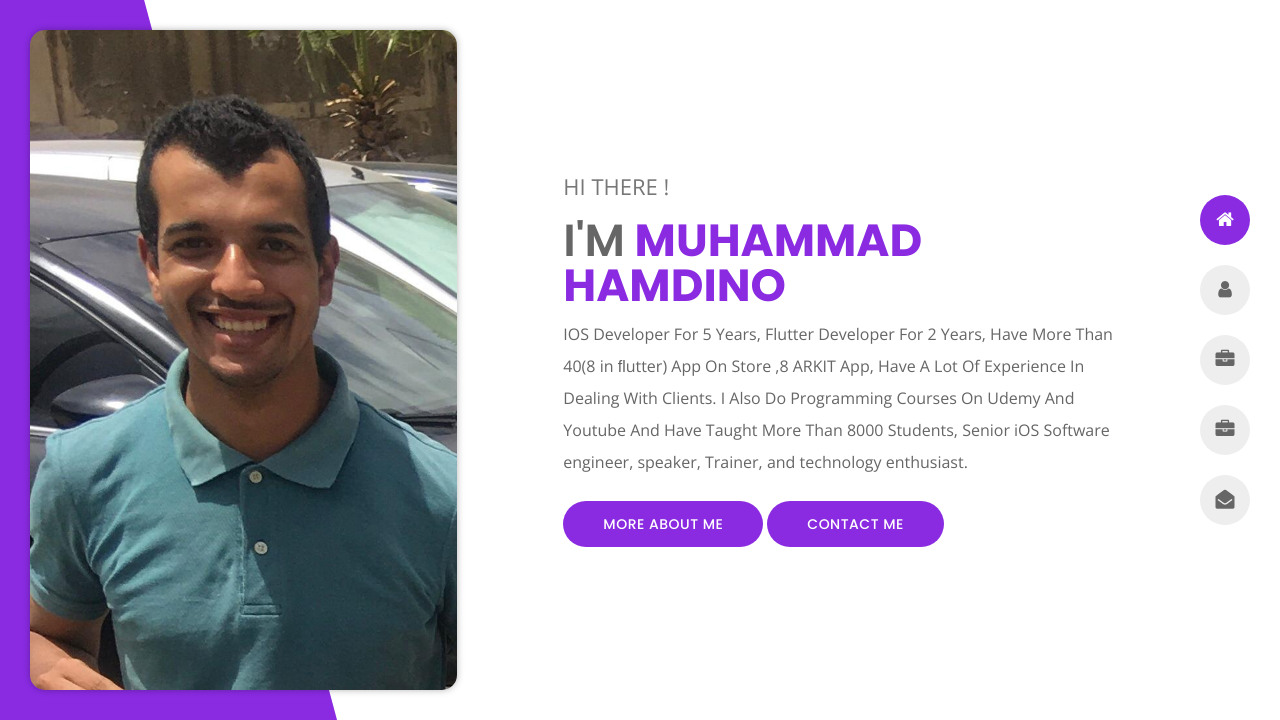
Repository: mhamdimno/mywebsite
Page: index.html
The author's editor kept a copy of each file at every save. The page is drawn from the files as they stood at one save, then again after the next save.
The browser window is 1280 px wide. The pictures show the whole page.

Above is the page before, as saved 2023-06-03 14:37:34.

After the next save:
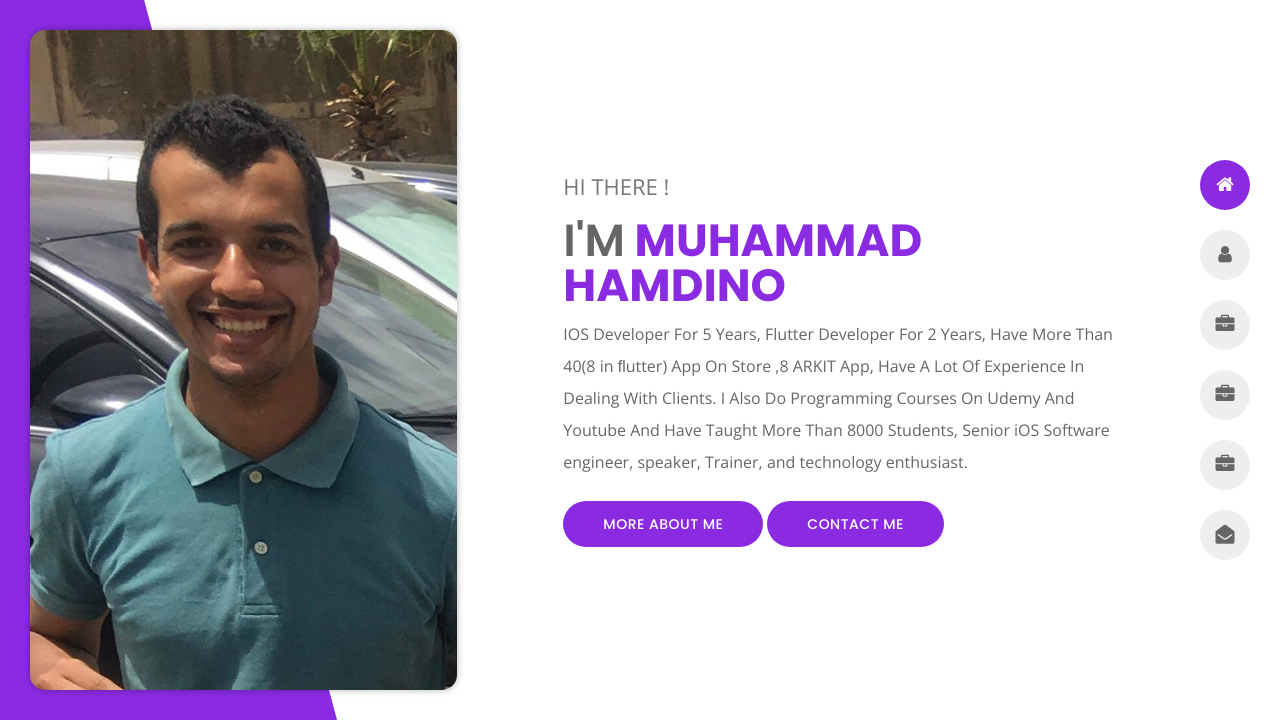
Saved 14 min 46 s later.
--- a/index.html
+++ b/index.html
@@ -50,6 +50,12 @@
             <i class="fa fa-briefcase"></i>
             <a href="portfolioFlutter.html">
                 <h2>Flutter</h2>
+            </a>
+        </li>
+        <li class="icon-box">
+            <i class="fa fa-briefcase"></i>
+            <a href="portfolioLaravel.html">
+                <h2>Laravel</h2>
             </a>
         </li>
         <li class="icon-box">
